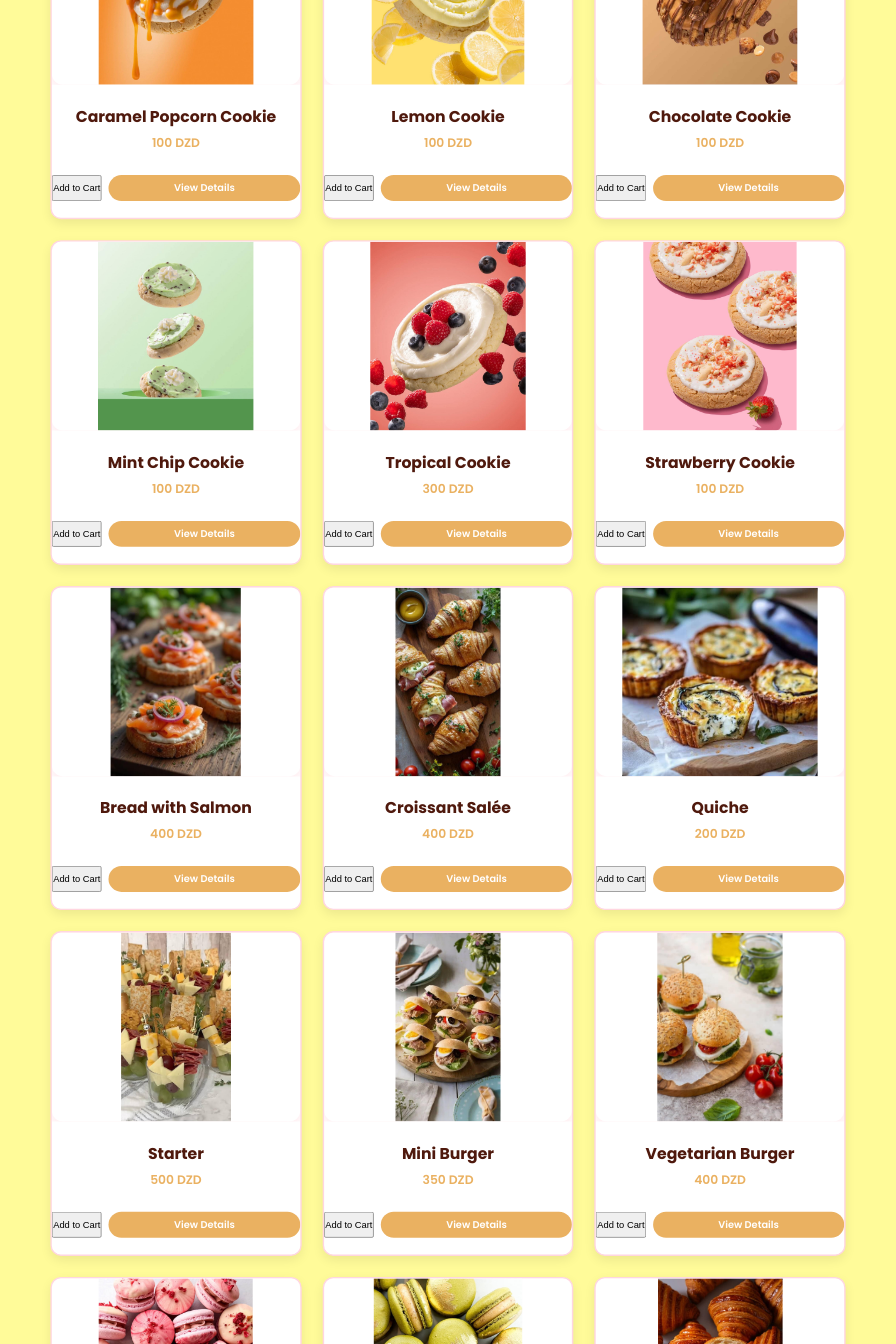
Repository: Sayy17/happy-oven-app
Page: /
The author's editor kept a copy of each file at every save. The page is drawn from the files as they stood at one save, then again after the next save.
The browser window is 1280 px wide. The pictures show the part of the page from y = 1183 to 3103 px (the page is 5972 px tall before and 6372 px after), at 70% of full size.
The project was rebuilt for these pictures with package versions that can differ from the ones it lists, and the page was loaded fresh each time. Also part of the build but not shown: src/components/Product/ReviewForm.js, src/components/Product/ProductDetail.js, src/components/Cart/CartPanel.js, src/components/Contact/ContactPopup.js, src/components/AboutUs/AboutUs.js, src/components/Notification.js.

Above is the page before, as saved 2025-05-06 18:48:01.

### public/index.html
<!DOCTYPE html>
<html lang="en">
<head>
  <meta charset="UTF-8" />
  <meta name="viewport" content="width=device-width, initial-scale=1.0" />
  <title>Happy Oven</title>
</head>
<body>
  <div id="root"></div>
</body>
</html>

### src/components/Shop/ProductGrid.js
import React from 'react';
import { Link } from 'react-router-dom';
import { useCart } from '../../context/CartContext';

const ProductGrid = ({ products, onProductClick }) => {
  const { addToCart } = useCart();

  const handleAddToCart = (e, product) => {
    e.preventDefault(); // Prevent navigation
    e.stopPropagation(); // Prevent event bubbling
    addToCart(product);
  };

  // Function to handle image errors
  const handleImageError = (e) => {
    e.target.onerror = null; // Prevent infinite loop
    e.target.src = '/images/placeholder.jpg'; // Set default placeholder
  };

  return (
    <div className="product-grid">
      {products.length === 0 ? (
        <div className="no-products">No products found</div>
      ) : (
        products.map((product) => (
          <div key={product.id} className="product-card">
            <Link
              to={`/products/${product.id}`}
              className="product-link"
              onClick={() => onProductClick(product.id)}
            >
              <div className="product-image">
                <img
                  src={product.image}
                  alt={product.name}
                  onError={handleImageError}
                />
              </div>
              <div className="product-info">
                <h3 className="product-name">{product.name}</h3>
                <p className="product-price">{product.price} DZD</p>
              </div>
            </Link>
            <div className="product-actions">
              <button
                className="add-btn"
                onClick={(e) => handleAddToCart(e, product)}
              >
                Add to Cart
              </button>
              <Link
                to={`/products/${product.id}`}
                className="view-details"
                onClick={() => onProductClick(product.id)}
              >
                View Details
              </Link>
            </div>
          </div>
        ))
      )}
    </div>
  );
};

export default ProductGrid;

Loaded but not shown: src/index.js (common file); src/index.css (common file); src/data/products.js (294 lines, source omitted); src/context/ProductContext.js (139 lines, source omitted); src/context/CartContext.js (127 lines, source omitted); src/components/Shop/SearchComponent.js (115 lines, source omitted); src/App.js (90 lines, source omitted); src/components/Shop/Shop.js (82 lines, source omitted); src/components/Menu.js (81 lines, source omitted); src/components/Shop/CategoryButtons.js (35 lines, source omitted); src/components/BakeryBanner.js (22 lines, source omitted); src/components/Cart/FloatingCartIcon.js (21 lines, source omitted); src/components/Header.js (16 lines, source omitted); src/App.css (2259 lines, source omitted)

After the next save:
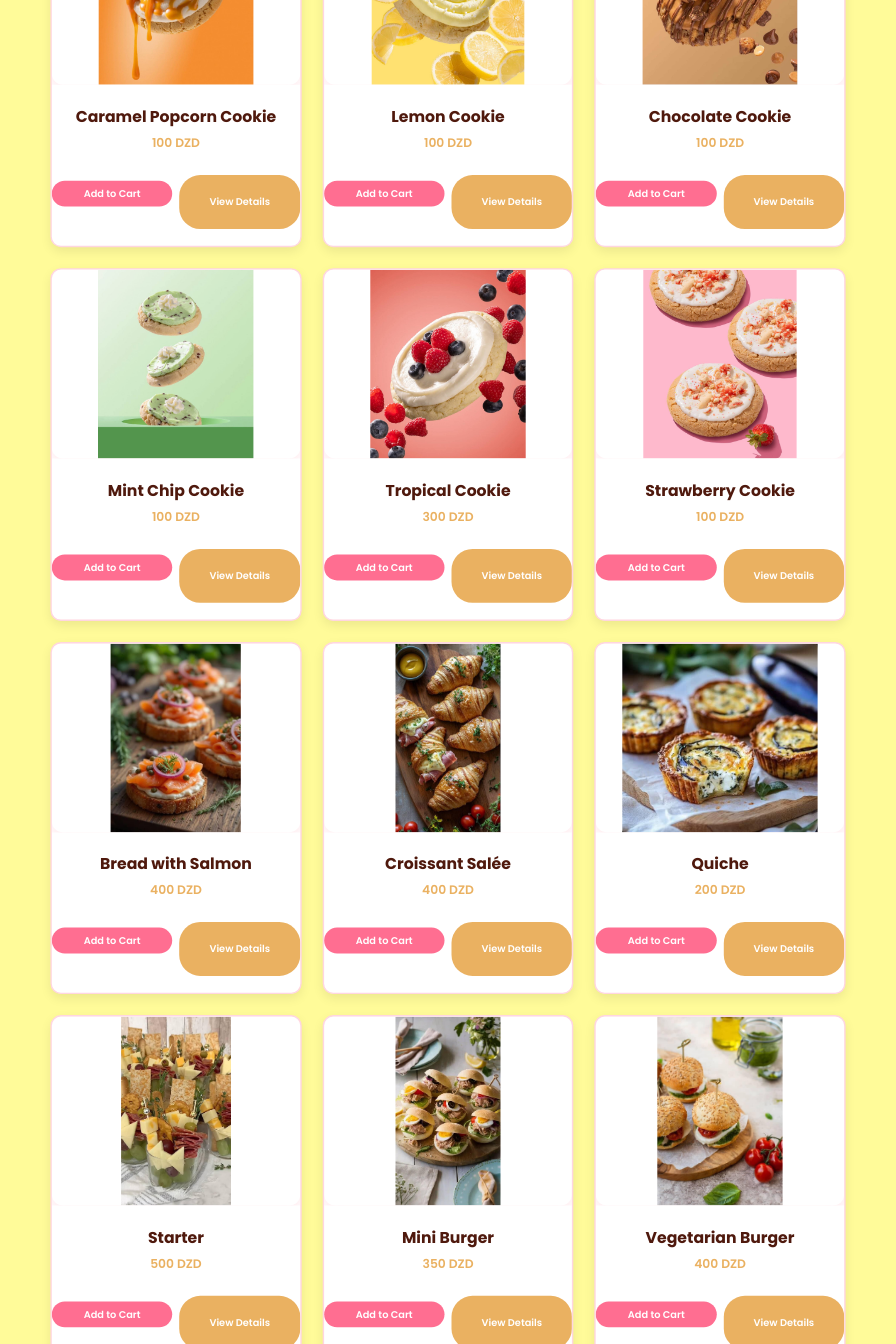
Saved 12 s later.
--- a/src/components/Shop/ProductGrid.js
+++ b/src/components/Shop/ProductGrid.js
@@ -43,7 +43,7 @@ const ProductGrid = ({ products, onProductClick }) => {
             </Link>
             <div className="product-actions">
               <button
-                className="add-btn"
+                className="add-to-cart"
                 onClick={(e) => handleAddToCart(e, product)}
               >
                 Add to Cart
